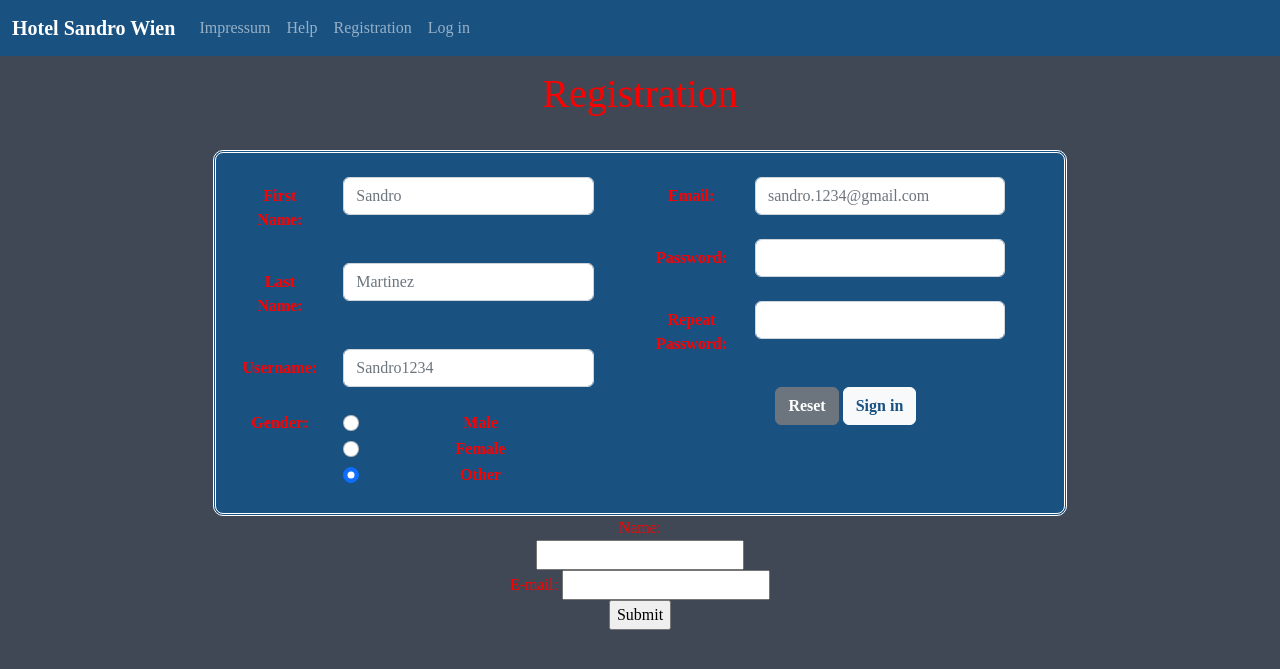
Repository: TIS0N/Hotel_Sandro
Page: http://localhost/pages/registration.php
The author's editor kept a copy of each file at every save. The page is drawn from the files as they stood at one save, then again after the next save.
The browser window is 1280 px wide. The pictures show the whole page.
The page is run by PHP 8.4 with error messages shown; the project is at /var/www/html/.

Above is the page before, as saved 2022-10-11 19:37:34.

### pages/registration.php
<!DOCTYPE html>
<html lang="en">
<head>
    <meta charset="UTF-8">
    <meta http-equiv="X-UA-Compatible" content="IE=edge">
    <meta name="viewport" content="width=device-width, initial-scale=1.0">
    <link rel="stylesheet" href="../res/css/stylesheet.css"/>
    <link href="https://cdn.jsdelivr.net/npm/bootstrap@5.2.2/dist/css/bootstrap.min.css" rel="stylesheet" integrity="sha384-Zenh87qX5JnK2Jl0vWa8Ck2rdkQ2Bzep5IDxbcnCeuOxjzrPF/et3URy9Bv1WTRi" crossorigin="anonymous">
    <script src="https://cdn.jsdelivr.net/npm/bootstrap@5.2.2/dist/js/bootstrap.bundle.min.js" integrity="sha384-OERcA2EqjJCMA+/3y+gxIOqMEjwtxJY7qPCqsdltbNJuaOe923+mo//f6V8Qbsw3" crossorigin="anonymous"></script>
    <title>Hotel Sandro Wien - Sign In</title>
</head>
<body id="body">

<?php
include "../inc/navigation.php";
?>
    <h1>Registration</h1><br>


    <div id="formular" class="container tex-center col-8">
        <div class="row justify-content-center">
            <div class="container text-center">
                    <div class="row align-items-start">
                        <form action="./welcome.php" method="post">
                            <div class="container text-center">
                                <div class="row">
                                    <div class="col">
                                    <br><div class="row mb-4">
                                        <label for="fname" class="col-sm-3 col-form-label"><strong>First Name:</strong></label>
                                        <div class="col-sm-8">
                                            <input type="text" class="form-control" id="fname" placeholder="Sandro">
                                        </div>
                                    </div>
                                    <div class="row mb-4">
                                        <label for="lname" class="col-sm-3 col-form-label"><strong>Last Name:</strong></label>
                                        <div class="col-sm-8">
                                            <input type="text" class="form-control" id="lname" placeholder="Martinez">
                                        </div>
                                    </div>
                                    <div class="row mb-4">
                                        <label for="username" class="col-sm-3 col-form-label"><strong>Username:</strong></label>
                                        <div class="col-sm-8">
                                            <input type="text" class="form-control" id="username" placeholder="Sandro1234">
                                        </div>
                                    </div>

                                    <fieldset class="row mb-4">
                                        <legend class="col-form-label col-sm-3 pt-0"><strong>Gender:</strong></legend>
                                        <div class="col-sm-8">
                                        <div class="form-check">
                                            <input class="form-check-input" type="radio" name="gridRadios" id="male" value="option1" checked>
                                            <label class="form-check-label" for="male"><strong>Male</strong></label>
                                        </div>
                                        <div class="form-check">
                                            <input class="form-check-input" type="radio" name="gridRadios" id="female" value="option1" checked>
                                            <label class="form-check-label" for="female"><strong>Female</strong></label>
                                        </div>
                                        <div class="form-check">
                                            <input class="form-check-input" type="radio" name="gridRadios" id="other" value="option1" checked>
                                            <label class="form-check-label" for="other"><strong>Other</strong></label>
                                        </div>
                                    </fieldset>

                                </div>
                                <div class="col">
                                    <br><div class="row mb-4">
                                    <label for="email" class="col-sm-3 col-form-label"><strong>Email:</strong></label>
                                        <div class="col-sm-8">
                                            <input type="email" class="form-control" id="email" placeholder="sandro.1234@gmail.com">
                                        </div>
                                    </div>
                                    <div class="row mb-4">
                                        <label for="password" class="col-sm-3 col-form-label"><strong>Password:</strong></label>
                                            <div class="col-sm-8">
                                                <input type="password" class="form-control" id="password">
                                            </div>
                                    </div>
                                    <div class="row mb-4">
                                        <label for="password2" class="col-sm-3 col-form-label"><strong>Repeat Password:</strong></label>
                                        <div class="col-sm-8">
                                            <input type="password" class="form-control" id="password2">
                                        </div>
                                    </div>
                                    <button type="reset" class="btn btn-secondary"><strong>Reset</strong></button>
                                    <button type="submit" class="btn btn-light" style="color: #195181;"><strong>Sign in</strong></button><br><br>
                                    </div>
                                </div>
                            </div>
                        </form>
                    </div>
                </div>
            </div>
        </div>
    </div>


    <form action="welcome.php" method="post">
        Name: <br><input type="text" name="name"><br>
        E-mail: <input type="email" name="email"><br>
        <input type="submit">
    </form>




</body>
</html>

### inc/navigation.php
<?php
    if(file_exists("./index.php")){
        $includePath = ".";
    }
    else{
        $includePath = "..";
    }
?>

<div id="navBar">
        <nav class="navbar fixed-top navbar-expand-lg navbar-dark" style="background-color: #195181;">
            <div class="container-fluid">
                <a class="navbar-brand" href= <?php echo "$includePath/index.php"?> style="color: rgb(255, 255, 255);"><strong>Hotel Sandro Wien</strong></a>
                <button class="navbar-toggler" type="button" data-bs-toggle="collapse" data-bs-target="#navbarNav" aria-controls="navbarNav" aria-expanded="false" aria-label="Toggle navigation">
                    <span class="navbar-toggler-icon"></span>
                </button>
                <div class="collapse navbar-collapse" id="navbarNav">
                    <ul class="navbar-nav">
                        <li class="nav-item">
                            <a class="nav-link"href= <?php echo "$includePath/pages/impressum.php"?> class="navbar-brand">Impressum</a>
                        </li>
                        <li class="nav-item">
                            <a class="nav-link" href=<?php echo "$includePath/pages/help.php"?> class="navbar-brand">Help</a>
                        </li>
                        <li class="nav-item">
                            <a class="nav-link" href=<?php echo "$includePath/pages/registration.php"?> class="navbar-brand">Registration</a>
                        </li>
                        <li class="nav-item">
                            <a class="nav-link" href=<?php echo "$includePath/pages/login.php"?> class="navbar-brand">Log in</a>
                        </li>

                    </ul>
                </div>
            </div>
        </nav>
    </div>

### res/css/stylesheet.css
#body{
    background-color: rgb(63, 72, 84);
    color: rgb(255, 0, 0);
    padding-top: 70px;
    padding-bottom: 70px;
    text-align: center;
    font-family: cursive;
}

#hotelSandroPhoto{
    width: 600px;
    height: 450px;
}

#formular{
    background-color: #195181;
    border-radius: 10px;
    border-color: rgb(255, 255, 255);
    border-style: double;
}

After the next save:
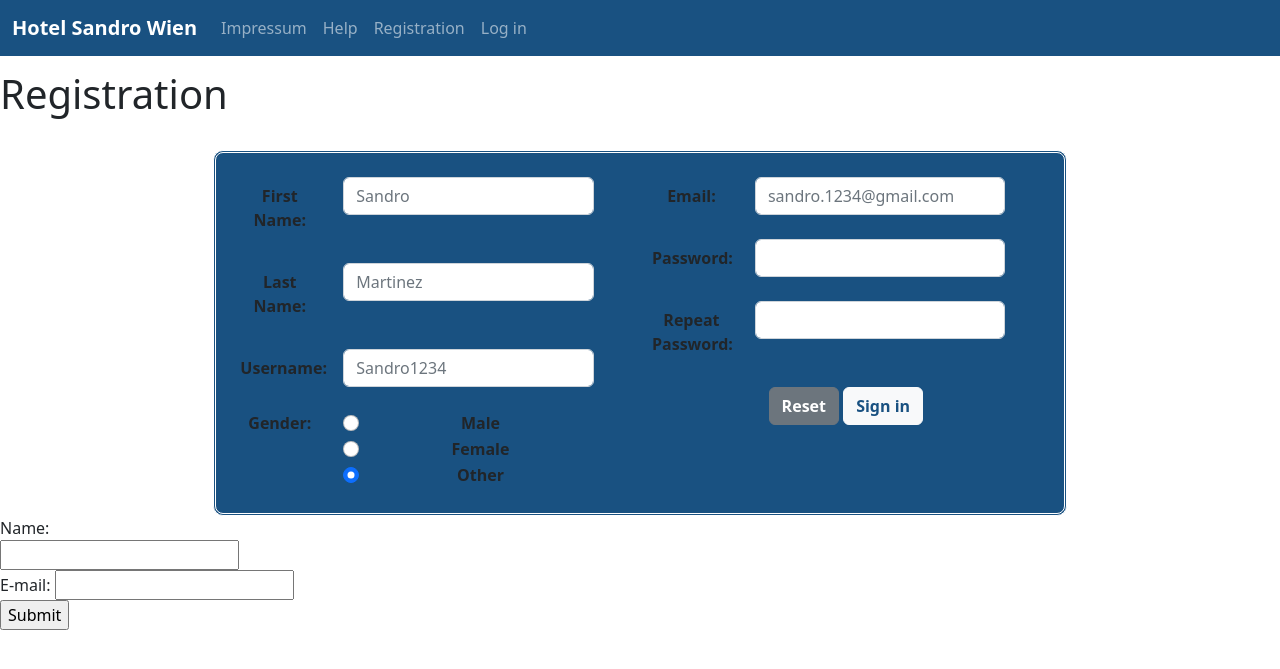
Saved 2 min 19 s later.
--- a/res/css/stylesheet.css
+++ b/res/css/stylesheet.css
@@ -1,4 +1,4 @@
-#body{
+body{
     background-color: rgb(63, 72, 84);
     color: rgb(255, 0, 0);
     padding-top: 70px;

After the 2 saves that followed:
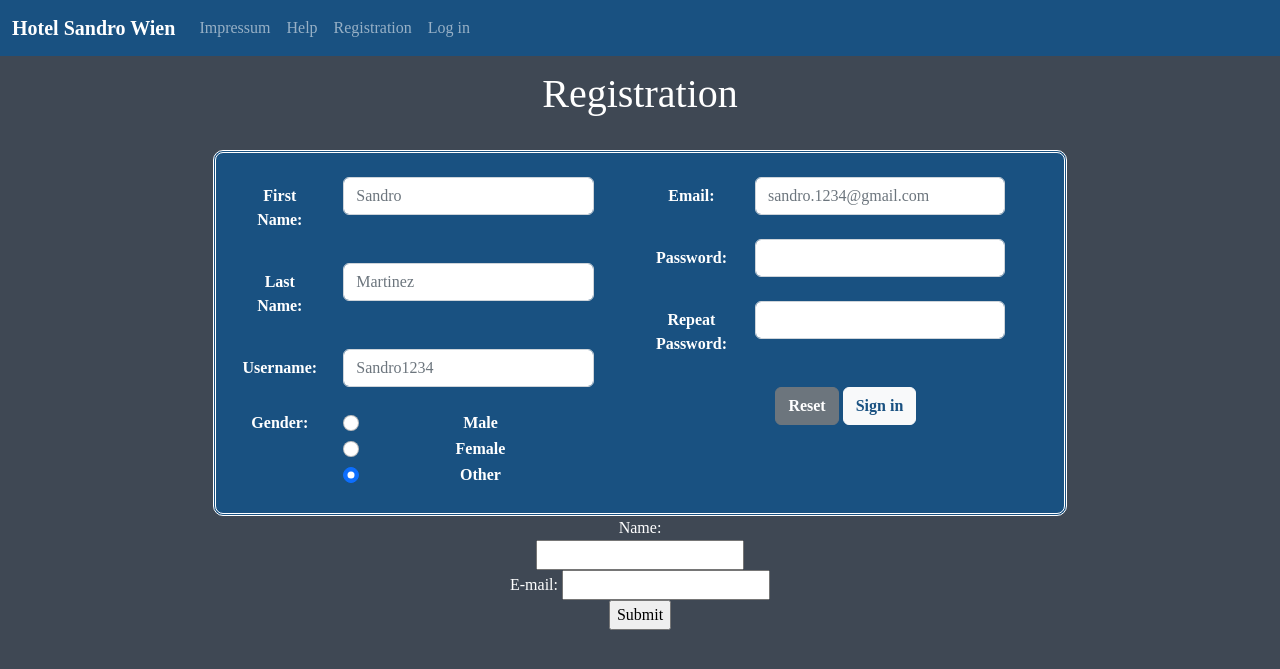
The 2 saves are shown as one change because 1 left the picture as it was.
The last was saved 2 min 2 s later.
--- a/pages/registration.php
+++ b/pages/registration.php
@@ -4,9 +4,9 @@
     <meta charset="UTF-8">
     <meta http-equiv="X-UA-Compatible" content="IE=edge">
     <meta name="viewport" content="width=device-width, initial-scale=1.0">
-    <link rel="stylesheet" href="../res/css/stylesheet.css"/>
     <link href="https://cdn.jsdelivr.net/npm/bootstrap@5.2.2/dist/css/bootstrap.min.css" rel="stylesheet" integrity="sha384-Zenh87qX5JnK2Jl0vWa8Ck2rdkQ2Bzep5IDxbcnCeuOxjzrPF/et3URy9Bv1WTRi" crossorigin="anonymous">
     <script src="https://cdn.jsdelivr.net/npm/bootstrap@5.2.2/dist/js/bootstrap.bundle.min.js" integrity="sha384-OERcA2EqjJCMA+/3y+gxIOqMEjwtxJY7qPCqsdltbNJuaOe923+mo//f6V8Qbsw3" crossorigin="anonymous"></script>
+    <link rel="stylesheet" href="../res/css/stylesheet.css"/>
     <title>Hotel Sandro Wien - Sign In</title>
 </head>
 <body id="body">
--- a/res/css/stylesheet.css
+++ b/res/css/stylesheet.css
@@ -1,6 +1,6 @@
 body{
     background-color: rgb(63, 72, 84);
-    color: rgb(255, 0, 0);
+    color: rgb(255, 255, 255);
     padding-top: 70px;
     padding-bottom: 70px;
     text-align: center;
